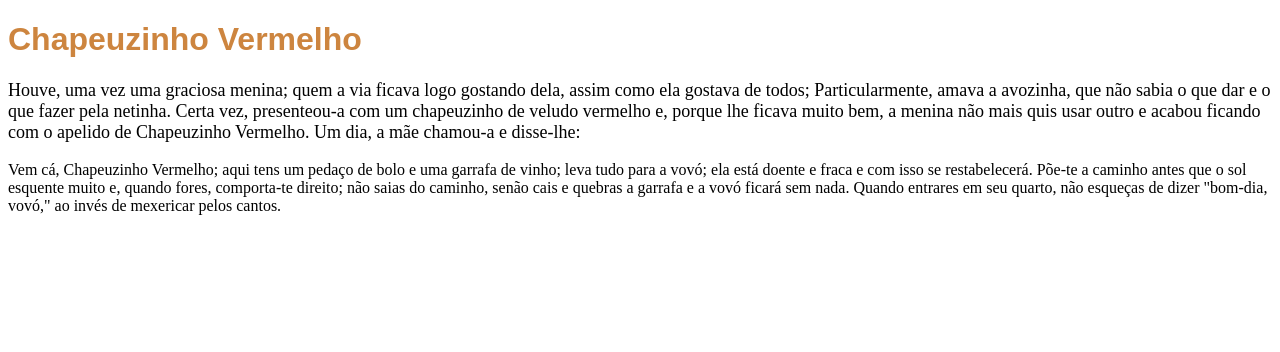
Repository: lucas-nasc/Formulario-Gen
Page: index1.html
An editor plug-in stored every save of this project. The page is shown before and after the next save, followed by the edit.
The browser window is 1280 px wide. The pictures show the whole page.

Above is the page before, as saved 2023-09-26 09:29:57.

After the next save:
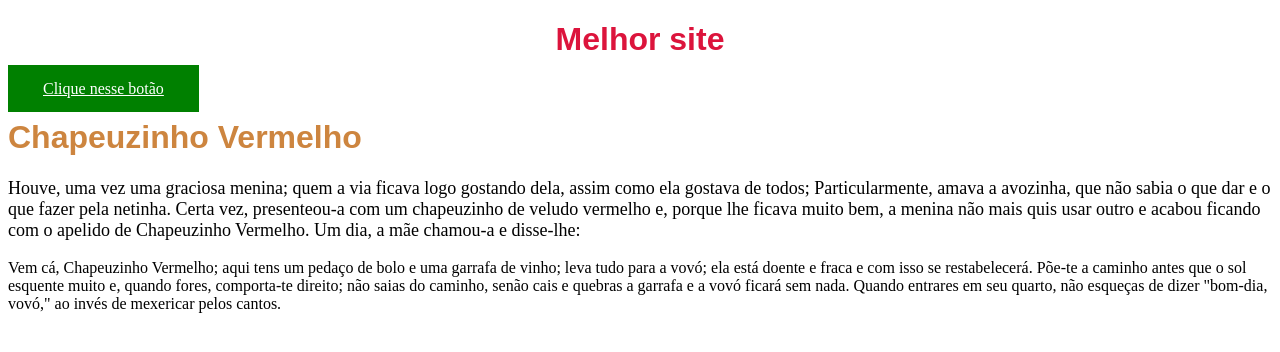
Saved 11 min 43 s later.
--- a/index1.html
+++ b/index1.html
@@ -5,8 +5,25 @@
     <meta name="viewport" content="width=device-width, initial-scale=1.0">
     <title>Utilizando CSS</title>
     <link rel="stylesheet" href="estilo.css">
+    <style type="text/css">
+        .titulo {
+            font-size: 3;
+            color:crimson;
+            text-align: center;
+        }
+        #botao-bonito {
+            color:white;
+            padding-top: 15px;
+            padding-bottom: 15px;
+            padding-right: 35px;
+            padding-left: 35px;
+            background-color: green;
+        }
+    </style>
 </head>
 <body>
+    <h1 class="titulo da fonte-grande sublinhado">Melhor site</h1>
+    <a id="botao-bonito" href="link-para-a-pagina">Clique nesse botão</a>
     <h1>Chapeuzinho Vermelho</h1>
     <p>
         Houve, uma vez uma graciosa menina;
